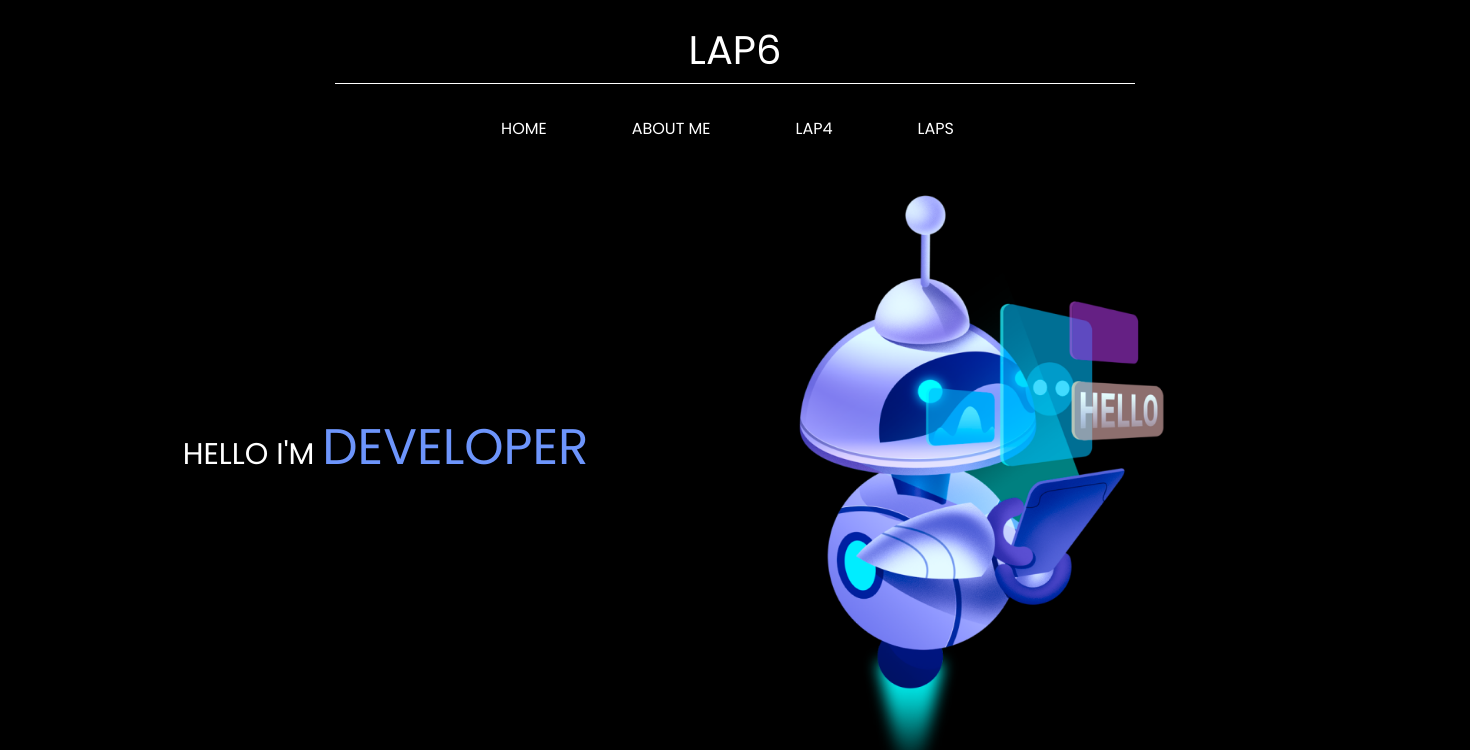
Repository: nhathao-1506/PersonalWeb
Page: index.html
An editor plug-in stored every save of this project. The page is shown before and after the next save, followed by the edit.
The browser window is 1280 px wide. The page is 1470 px wide, so the pictures cover 1470 px, including what lies to the right of the window. The pictures show the whole page.

Above is the page before, as saved 2024-02-04 13:27:15.

### index.html
<!DOCTYPE html>
<html lang="en">
    <head>
        <meta charset="UTF-8" />
        <meta name="viewport" content="width=device-width, initial-scale=1.0" />
        <link rel="stylesheet" href="./assets/css/reset.css" />
        <link rel="stylesheet" href="./assets/fonts/stylesheet.css" />
        <link rel="stylesheet" href="./assets/css/style.css" />
        <title>LAP6</title>
    </head>
    <body>
        <div class="component">
            <div class="container">
                <div class="header_logo">
                    <p style="color: white; font-size: 40px; margin-top: 30px">
                        LAP6
                    </p>
                </div>
                <div
                    style="
                        border-bottom: 1px solid #ffff;
                        height: 30px;
                        width: 800px;
                    "
                ></div>
                <div>
                    <ul class="nav">
                        <li><a class="type" href="./index.html">Home</a></li>
                        <li>
                            <a class="type" href="./about.html">About Me</a>
                        </li>
                        <li><a class="type" href="./lap4.html">lap4</a></li>
                        <li>
                            <a class="type" href="">laps</a>
                            <ul class="sub-menu">
                                <li><a class="type" href="./lap1/lap1-ex1/">lap1</a>
                                    <ul class="sub-menu">
                                        <li>
                                            <a class="type" href="">ex1</a>
                                            <ul class="sub-menu">
                                                <li>
                                                    <a
                                                        class="type"
                                                        href="./ex1_design.html"
                                                        >Design</a
                                                    >
                                                </li>
                                                <li>
                                                    <a
                                                        class="type"
                                                        href="./ex1.html
                                            "
                                                        >Implementation</a
                                                    >
                                                </li>
                                            </ul>
                                        </li>
                                </li>
                                <li>
                                    <a class="type" href="">lap6</a>
                                    <ul class="sub-menu">
                                        <li>
                                            <a class="type" href="">ex1</a>
                                            <ul class="sub-menu">
                                                <li>
                                                    <a
                                                        class="type"
                                                        href="./ex1_design.html"
                                                        >Design</a
                                                    >
                                                </li>
                                                <li>
                                                    <a
                                                        class="type"
                                                        href="./ex1.html
                                            "
                                                        >Implementation</a
                                                    >
                                                </li>
                                            </ul>
                                        </li>
                                        <li>
                                            <a class="type" href="./ex2.html"
                                                >ex2</a
                                            >
                                            <ul class="sub-menu">
                                                <li>
                                                    <a
                                                        class="type"
                                                        href="./ex2_design.html"
                                                        >Design</a
                                                    >
                                                </li>
                                                <li>
                                                    <a
                                                        class="type"
                                                        href="./ex2.html
                                            "
                                                        >Implementation</a
                                                    >
                                                </li>
                                            </ul>
                                        </li>
                                    </ul>
                                </li>
                            </ul>
                        </li>
                        <li>
                            <a class="type" href="./contact.html">Contact Me</a>
                        </li>
                    </ul>
                </div>
                <div class="content">
                    <p style="color: white; font-size: 30px">
                        HELLO I'M
                        <strong style="color: #6d95fc; font-size: 50px"
                            >DEVELOPER</strong
                        >
                    </p>
                    <img
                        src="./assets/img/—Pngtree—artificial intelligence management system robot_5339376 1.png"
                        alt=""
                    />
                </div>
            </div>
        </div>
    </body>
</html>

### assets/fonts/stylesheet.css
@font-face {
    font-family: 'Poppins';
    src: url('Poppins/Poppins-Regular.woff2') format('woff2'),
        url('Poppins/Poppins-Regular.woff') format('woff');
    font-weight: normal;
    font-style: normal;
    font-display: swap;
}

@font-face {
    font-family: 'Poppins';
    src: url('Poppins/Poppins-Bold.woff2') format('woff2'),
        url('Poppins/Poppins-Bold.woff') format('woff');
    font-weight: bold;
    font-style: normal;
    font-display: swap;
}

@font-face {
    font-family: 'Poppins';
    src: url('Poppins/Poppins-SemiBold.woff2') format('woff2'),
        url('Poppins/Poppins-SemiBold.woff') format('woff');
    font-weight: 600;
    font-style: normal;
    font-display: swap;
}

@font-face {
    font-family: 'Poppins';
    src: url('Poppins/Poppins-BlackItalic.woff2') format('woff2'),
        url('Poppins/Poppins-BlackItalic.woff') format('woff');
    font-weight: 900;
    font-style: italic;
    font-display: swap;
}

@font-face {
    font-family: 'Poppins';
    src: url('Poppins/Poppins-ThinItalic.woff2') format('woff2'),
        url('Poppins/Poppins-ThinItalic.woff') format('woff');
    font-weight: 100;
    font-style: italic;
    font-display: swap;
}

@font-face {
    font-family: 'Poppins';
    src: url('Poppins/Poppins-Thin.woff2') format('woff2'),
        url('Poppins/Poppins-Thin.woff') format('woff');
    font-weight: 100;
    font-style: normal;
    font-display: swap;
}

@font-face {
    font-family: 'Poppins';
    src: url('Poppins/Poppins-Black.woff2') format('woff2'),
        url('Poppins/Poppins-Black.woff') format('woff');
    font-weight: 900;
    font-style: normal;
    font-display: swap;
}

@font-face {
    font-family: 'Poppins';
    src: url('Poppins/Poppins-SemiBoldItalic.woff2') format('woff2'),
        url('Poppins/Poppins-SemiBoldItalic.woff') format('woff');
    font-weight: 600;
    font-style: italic;
    font-display: swap;
}

@font-face {
    font-family: 'Poppins';
    src: url('Poppins/Poppins-ExtraBold.woff2') format('woff2'),
        url('Poppins/Poppins-ExtraBold.woff') format('woff');
    font-weight: bold;
    font-style: normal;
    font-display: swap;
}

@font-face {
    font-family: 'Poppins';
    src: url('Poppins/Poppins-BoldItalic.woff2') format('woff2'),
        url('Poppins/Poppins-BoldItalic.woff') format('woff');
    font-weight: bold;
    font-style: italic;
    font-display: swap;
}

@font-face {
    font-family: 'Poppins';
    src: url('Poppins/Poppins-LightItalic.woff2') format('woff2'),
        url('Poppins/Poppins-LightItalic.woff') format('woff');
    font-weight: 300;
    font-style: italic;
    font-display: swap;
}

@font-face {
    font-family: 'Poppins';
    src: url('Poppins/Poppins-ExtraLight.woff2') format('woff2'),
        url('Poppins/Poppins-ExtraLight.woff') format('woff');
    font-weight: 200;
    font-style: normal;
    font-display: swap;
}

@font-face {
    font-family: 'Poppins';
    src: url('Poppins/Poppins-MediumItalic.woff2') format('woff2'),
        url('Poppins/Poppins-MediumItalic.woff') format('woff');
    font-weight: 500;
    font-style: italic;
    font-display: swap;
}

@font-face {
    font-family: 'Poppins';
    src: url('Poppins/Poppins-Medium.woff2') format('woff2'),
        url('Poppins/Poppins-Medium.woff') format('woff');
    font-weight: 500;
    font-style: normal;
    font-display: swap;
}

@font-face {
    font-family: 'Poppins';
    src: url('Poppins/Poppins-Italic.woff2') format('woff2'),
        url('Poppins/Poppins-Italic.woff') format('woff');
    font-weight: normal;
    font-style: italic;
    font-display: swap;
}

@font-face {
    font-family: 'Poppins';
    src: url('Poppins/Poppins-ExtraBoldItalic.woff2') format('woff2'),
        url('Poppins/Poppins-ExtraBoldItalic.woff') format('woff');
    font-weight: bold;
    font-style: italic;
    font-display: swap;
}

@font-face {
    font-family: 'Poppins';
    src: url('Poppins/Poppins-ExtraLightItalic.woff2') format('woff2'),
        url('Poppins/Poppins-ExtraLightItalic.woff') format('woff');
    font-weight: 200;
    font-style: italic;
    font-display: swap;
}

@font-face {
    font-family: 'Poppins';
    src: url('Poppins/Poppins-Light.woff2') format('woff2'),
        url('Poppins/Poppins-Light.woff') format('woff');
    font-weight: 300;
    font-style: normal;
    font-display: swap;
}

### assets/css/style.css
* {
    box-sizing: border-box;
}

a {
    text-decoration: none;
}

html {
    font-size: 62.5%;
}

body {
    font-size: 1.6rem;
    font-family: "Poppins";
}

.container {
    height: 750px;
    width: 1470px;
    background-color: black;
    display: flex;
    flex-direction: column;
    align-items: center;
}

.nav {
    width: 789px;
    height: 30px;
    margin-top: 30px;
    display: flex;
    justify-content: center;
    align-items: center;
    gap: 50px;
}

.nav > li {
    float: left;
    margin-right: 15px;
}

.nav > li > a {
    text-transform: uppercase;
    color: #fff;
}

.nav li {
    position: relative;
    list-style: none;
}

.nav li a {
    padding: 10px;
    line-height: 20px;
    display: inline-block;
}

.nav .sub-menu {
    display: none;
    position: absolute;
    top: 0;
    left: 100%;
    width: 80px;
    padding: 5px 20px;
}

.nav li:hover > .sub-menu {
    display: block;
}

.nav > li > .sub-menu {
    top: 40px;
    left: 0;
}

.type {
    color: #fff;
}

.type:hover {
    color: #6d95fc;
}

.content {
    width: 80%;
    display: flex;
    justify-content: space-evenly;
    align-items: center;
}

img {
    width: 663px;
    height: 606px;
}

Loaded but not shown: assets/css/reset.css (common file)

After the next save:
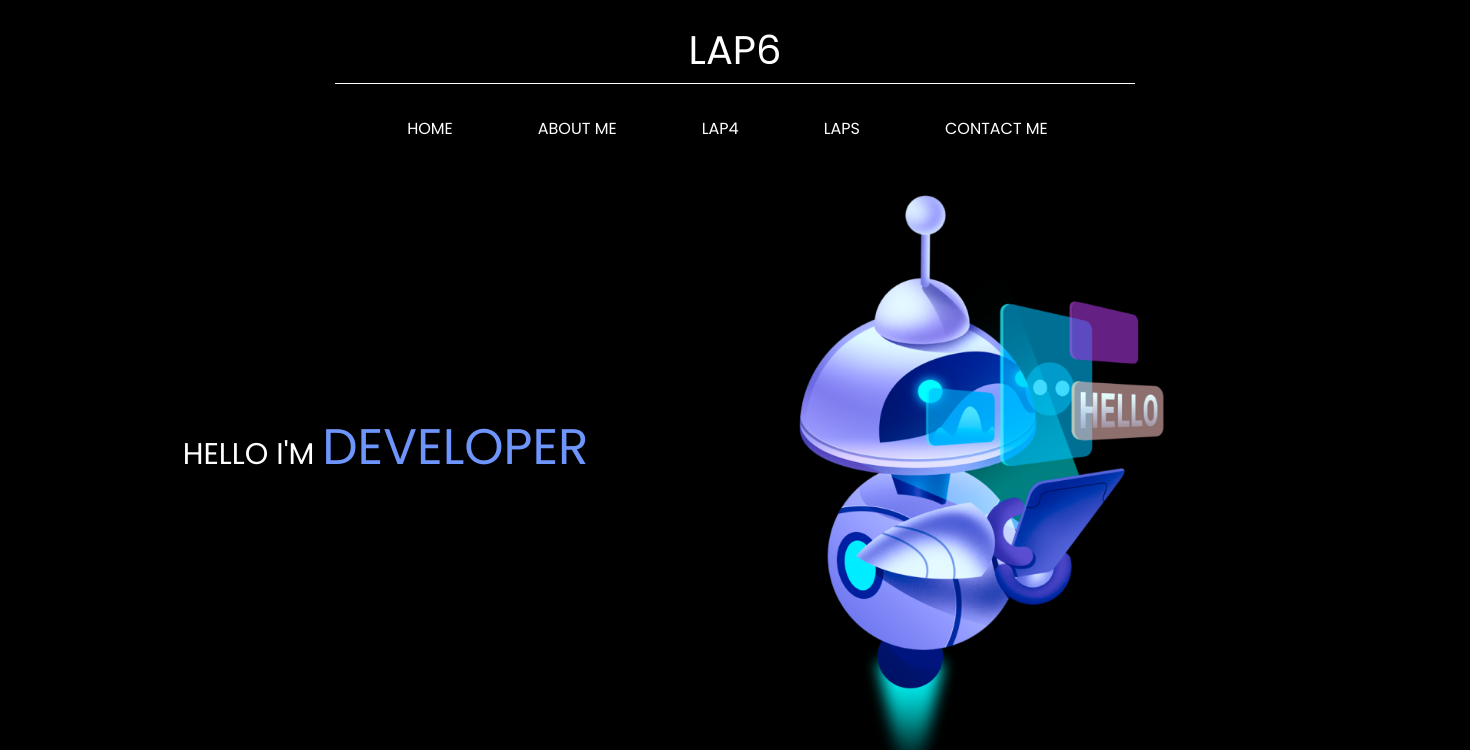
Saved 4 s later.
--- a/index.html
+++ b/index.html
@@ -33,7 +33,10 @@
                         <li>
                             <a class="type" href="">laps</a>
                             <ul class="sub-menu">
-                                <li><a class="type" href="./lap1/lap1-ex1/">lap1</a>
+                                <li>
+                                    <a class="type" href="./lap1/lap1-ex1/"
+                                        >lap1</a
+                                    >
                                     <ul class="sub-menu">
                                         <li>
                                             <a class="type" href="">ex1</a>
@@ -55,6 +58,7 @@
                                                 </li>
                                             </ul>
                                         </li>
+                                    </ul>
                                 </li>
                                 <li>
                                     <a class="type" href="">lap6</a>
